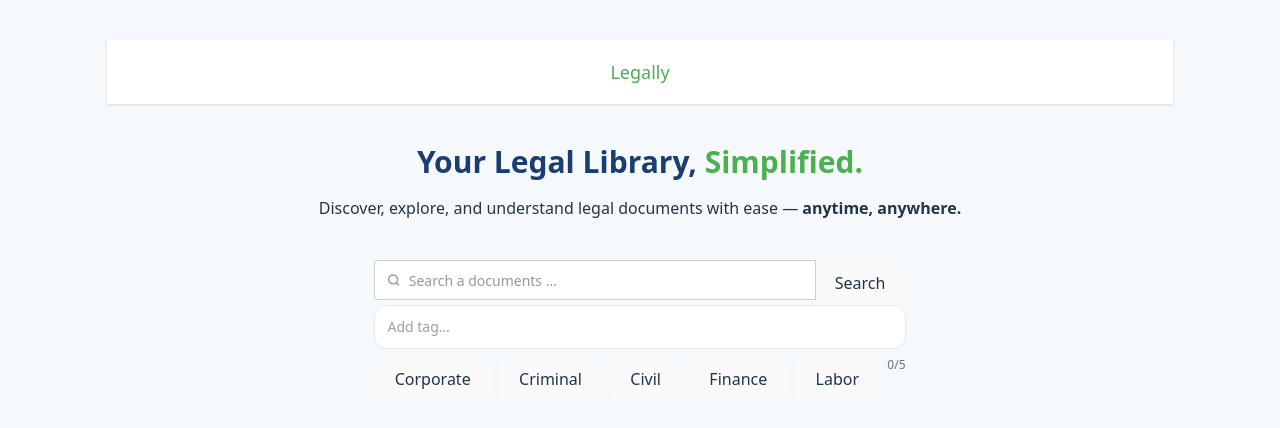
Repository: OdinPie/legal-search-acmeai
Page: / (app in legal-frontend/)
The author's editor kept a copy of each file at every save. The page is drawn from the files as they stood at one save, then again after the next save.
The browser window is 1280 px wide. The pictures show the whole page.
The project was rebuilt for these pictures with package versions that can differ from the ones it lists, and the page was loaded fresh each time. Also part of the build but not shown: legal-frontend/vite.config.js.

Above is the page before, as saved 2025-11-05 21:17:08.

After the next save:
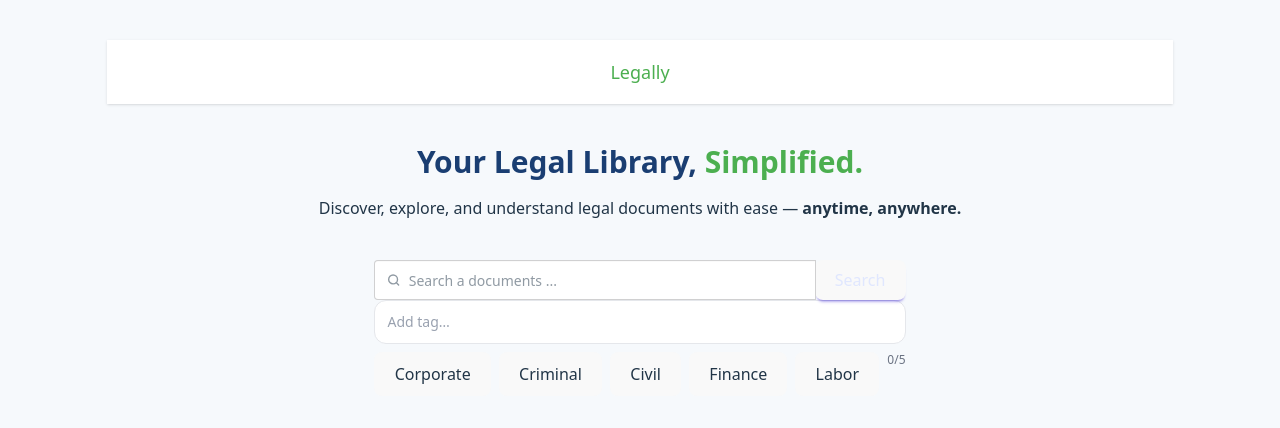
Saved 6 s later.
--- a/legal-frontend/src/components/SearchSection.jsx
+++ b/legal-frontend/src/components/SearchSection.jsx
@@ -26,7 +26,7 @@ export default function SearchSection() {
     </label>
     <div className="validator-hint hidden">Enter valid query</div>
 
-  <button className=" join-item" >Search</button>
+  <button className="btn btn-primary join-item" >Search</button>
 </div>
     <TagBar value={keywords} onChange={setKeywords} />
     </div>
